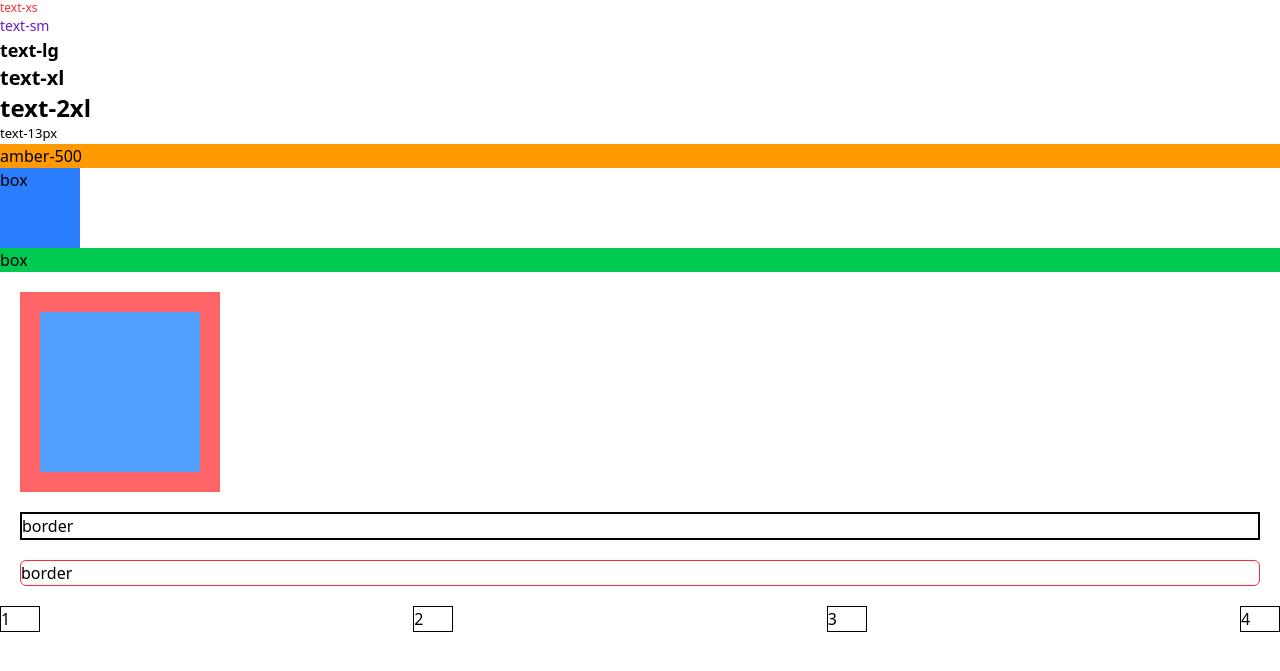
Repository: kkhhjjoo/onebite-tailwind
Page: /
An editor plug-in stored every save of this project. The page is shown before and after the next save, followed by the edit.
The browser window is 1280 px wide. The pictures show the whole page.
The project was rebuilt for these pictures with package versions that can differ from the ones it lists, and the page was loaded fresh each time. Also part of the build but not shown: vite.config.ts, src/App.css.

Above is the page before, as saved 2025-12-24 20:02:51.

### src/main.tsx
import { createRoot } from 'react-dom/client'
import './index.css'
import App from './App.tsx'

createRoot(document.getElementById('root')!).render(<App />);

### src/App.tsx
import "./App.css";

function App() {
  return (
    <div>
      {/* 1. 타이포그래프 */}
      <div className="text-xs text-red-500">text-xs</div>
      <div className="text-sm text-[rgb(100,30,200)]">text-sm</div>
      <div className="text-lg font-bold">text-lg</div>
      <div className="text-xl font-extrabold">text-xl</div>
      <div className="text-2xl font-black">text-2xl</div>
      <div className="text-[13px]">text-13px</div>

      {/* 2. 백그라운드 컬러 */}
      <div className="bg-amber-500">amber-500</div>

      {/* 3. 사이즈 */}
      <div className="h-20 w-20 bg-blue-500">box</div>
      <div className="w-full bg-green-500">box</div>

      {/* 4. 여백 */}
      {/* <div className="h-50 w-50 bg-red-400 pt-5 pr-5 pb-5 pl-5"> */}
      <div className="m-5 h-50 w-50 bg-red-400 px-5 py-5">
        <div className="h-full w-full bg-blue-400"></div>
      </div>

      {/* 5. 보더 */}
      <div className="m-5 border-x-2 border-y-2">border</div>
      <div className="m-5 rounded-md border-t border-r border-b border-l border-red-500">
        border
      </div>

      {/* 6. 플렉스 컨테이너 */}
      <div className="flex justify-between">
        <div className="w-10 border">1</div>
        <div className="w-10 border">2</div>
        <div className="w-10 border">3</div>
        <div className="w-10 border">4</div>
      </div>
    </div>
  );
}

export default App;

Loaded but not shown: index.html (common file); src/index.css (common file)

After the next save:
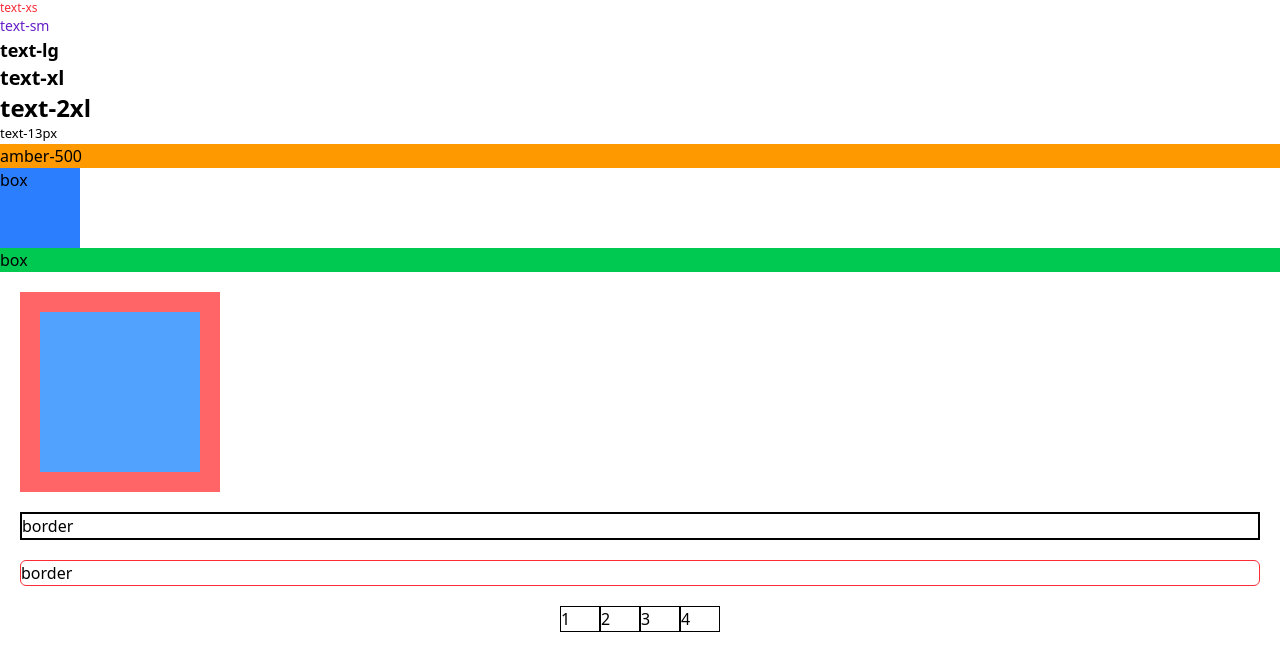
Saved 33 s later.
--- a/src/App.tsx
+++ b/src/App.tsx
@@ -31,7 +31,7 @@ function App() {
       </div>
 
       {/* 6. 플렉스 컨테이너 */}
-      <div className="flex justify-between">
+      <div className="flex justify-center">
         <div className="w-10 border">1</div>
         <div className="w-10 border">2</div>
         <div className="w-10 border">3</div>
